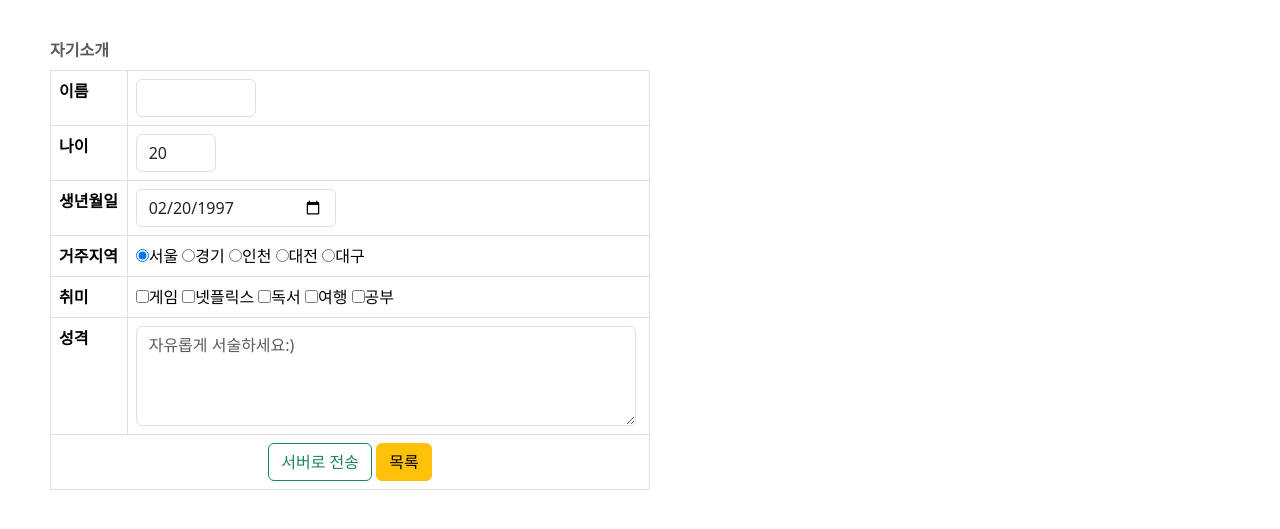
Repository: JunbroGit/SistProject
Page: http://localhost/jspProject/intro/addForm.jsp
An editor plug-in stored every save of this project. The page is shown before and after the next save, followed by the edit.
The browser window is 1280 px wide. The pictures show the whole page.
Some web fonts or font styles are not loaded; a fallback is used. The page is served by Tomcat 9. Other server files are loaded and not shown.

Above is the page before, as saved 2024-03-07 11:36:37.

### jspwork/jspProject/src/main/webapp/intro/addForm.jsp
<%@ page language="java" contentType="text/html; charset=UTF-8"
    pageEncoding="UTF-8"%>
<!DOCTYPE html>
<html>
<head>
<meta charset="UTF-8">
<link href="https://cdn.jsdelivr.net/npm/bootstrap@5.3.2/dist/css/bootstrap.min.css" rel="stylesheet">
<link href="https://fonts.googleapis.com/css2?family=Dongle&family=Gaegu&family=Nanum+Myeongjo&family=Nanum+Pen+Script&family=Noto+Sans+KR:wght@100..900&display=swap" rel="stylesheet">
<script src="https://code.jquery.com/jquery-3.7.0.js"></script>
<title>Insert title here</title>
</head>
<body>
<div style="margin: 30px 50px">
	<form action="addAction.jsp" method="post">
		<table class="table table-bordered" style="width: 600px;">
			<caption align="top"><b>자기소개</b></caption>
			<tr>
				<th>이름</th>
				<td>
					<input type="text" name="name" class="form-control" required="required" style="width: 120px;">
				</td>
			</tr>

			<tr>
				<th>나이</th>
				<td>
					<input type="number" name="age" class="form-control" value="20" style="width: 80px;">
				</td>
			</tr>

			<tr>
				<th>생년월일</th>
				<td>
					<input type="date" name="birthday" class="form-control" value="1997-02-20" style="width: 200px;">
				</td>
			</tr>

			<tr>
				<th>거주지역</th>
				<td>
					<label><input type="radio" name="hometown" value="서울" checked="checked">서울</label>
					<label><input type="radio" name="hometown" value="경기">경기</label>
					<label><input type="radio" name="hometown" value="인천">인천</label>
					<label><input type="radio" name="hometown" value="대전">대전</label>
					<label><input type="radio" name="hometown" value="대구">대구</label>
				</td>
			</tr>

			<tr>
				<th>취미</th>
				<td>
					<label><input type="checkbox" name="hobby" value="게임">게임</label>
					<label><input type="checkbox" name="hobby" value="넷플릭스">넷플릭스</label>
					<label><input type="checkbox" name="hobby" value="독서">독서</label>
					<label><input type="checkbox" name="hobby" value="여행">여행</label>
					<label><input type="checkbox" name="hobby" value="공부">공부</label>
				</td>
			</tr>

			<tr>
				<th>성격</th>
				<td>
					<textarea name="memo" style="width: 500px; height: 100px;" placeholder="자유롭게 서술하세요:)" class="form-control"></textarea>
				</td>
			</tr>

			<tr>
				<td colspan="2" align="center">
					<button type="submit" class="btn btn-outline-success">서버로 전송</button>
					<button type="button" class="btn btn-warning" onclick="location.href='introList.jsp'">목록</button>
				</td>
			</tr>
		</table>
	</form>
</div>
</body>
</html>

After the next save:
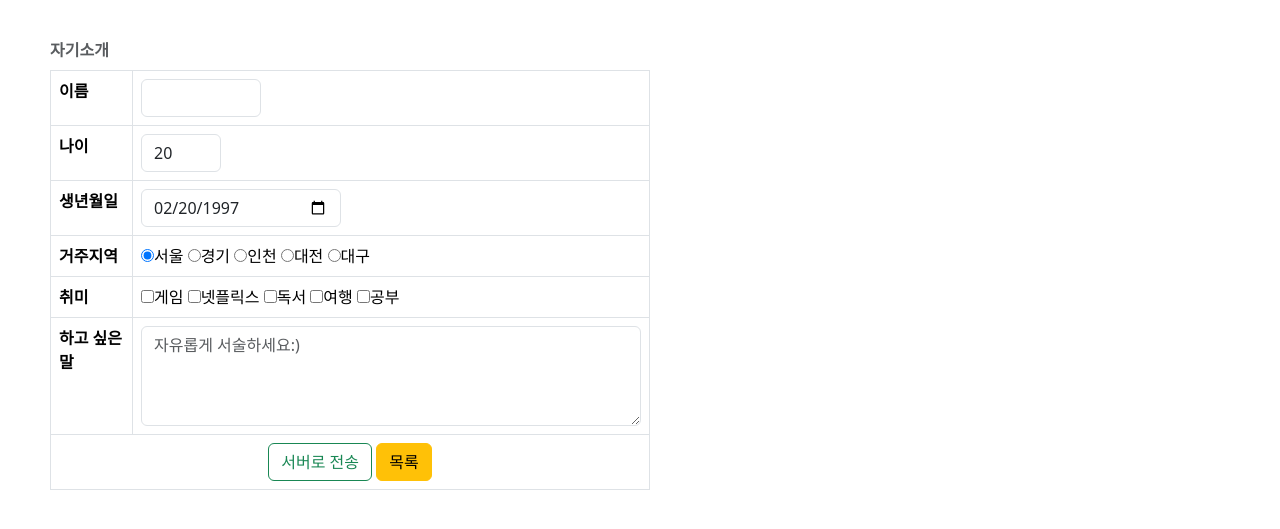
Saved 24 s later.
--- a/jspwork/jspProject/src/main/webapp/intro/addForm.jsp
+++ b/jspwork/jspProject/src/main/webapp/intro/addForm.jsp
@@ -58,7 +58,7 @@
 			</tr>
 
 			<tr>
-				<th>성격</th>
+				<th>하고 싶은 말</th>
 				<td>
 					<textarea name="memo" style="width: 500px; height: 100px;" placeholder="자유롭게 서술하세요:)" class="form-control"></textarea>
 				</td>
